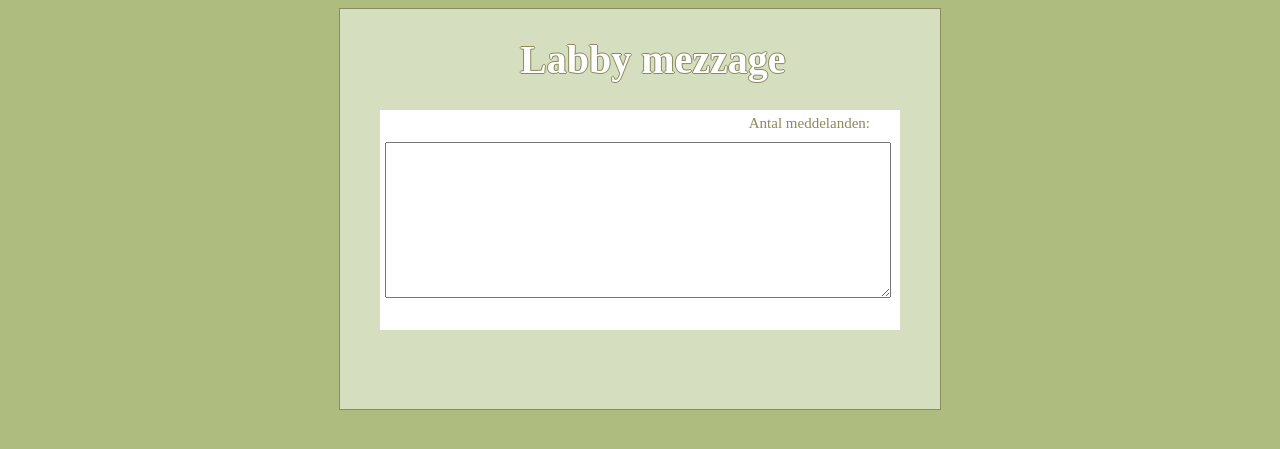
Repository: JuliaSivartsson/1dv403-jsigc09-laborationer
Page: 2-labbymezzage/index.html
The author's editor kept a record of every edit. The page is drawn from the files as they stood at one moment, then again after the next edit.
The browser window is 1280 px wide. The pictures show the whole page.

Above is the page before.
Console error: TypeError: Cannot read properties of undefined (reading 'getText')

### 2-labbymezzage/index.html
<!DOCTYPE html>
<html lang="sv">
<head>
	<meta charset="UTF-8" />
    <link rel="stylesheet" type="text/css" href="css/style.css">
 	<title>Labby message</title>
 	<style>
 		.error {
 			background-color: #F7A1A1;
 		}
 	</style>
</head>
    <body>
        <div id="content">
            <h1>Labby mezzage</h1>

            <div id="text">
                <p class="right">Antal meddelanden:</p>
                <textarea></textarea>
            </div>
            <div id="messages">


            </div>
        </div>

    	  <script src="js/MessageBoard.js"></script>
    	  <script src="js/Message.js"></script>

    </body>
</html>

### 2-labbymezzage/css/style.css
body{
    background-color: #AEBC80;
       font-family: serif;
       color: #8A8A5C;
}

h1{
   color: #fff;
   margin-left: 180px;
   font-size: 40px;
    text-shadow: -1px 0 #8A8A5C, 0 1px #8A8A5C, 1px 0 #8A8A5C, 0 -1px #8A8A5C;
}

#content{
    width: 600px;
    height: 400px;
    margin: 0 auto;
    border: 1px solid #8A8A5C;
    background-color: #D6DEC0;

}

#text{
    width: 520px;
    height: 220px;
    background-color: #fff;
    margin: 10px 20px 0 40px;
}

#text p{
    font-size: 15px;
    margin: 0 30px;
    padding-top: 5px;
}

textarea{
    margin: 10px 5px 5px;
    width: 500px;
    height: 150px;
}

footer{
    width: 500px;
    height: 30px;
    margin: 0 auto;
}

footer p{
    font-size: 12px;
    font-style: italic;
    text-align: center;
}

.right{
    float: right;
    margin-right: 10px;
}

### 2-labbymezzage/js/MessageBoard.js
"use strict";

var MessageBoard = {

    messages: ["kiwi"],

        init: function(){

        var mess = new Message("Testmeddelande", new Date());
        //alert(mess);
        //alert(mess.getText());
        mess.setText("En annan text");
        //alert(mess);

        //var mess1 = new Message();
        alert(messages[0].getText() + "hej");
    },

};


window.onload = MessageBoard.init;

### 2-labbymezzage/js/Message.js
function Message(message, date){

    this.getText = function(){
        return message;
    }

    this.setText = function(_text){
        message = _text;
    }

    this.getDate = function(){
        return date;
    }

    this.setDate = function(_date){
        date = _date;
    }

}

Message.prototype.toString = function(){
    return this.getText() + " ("+this.getDate()+")";
}

Message.prototype.getHTMLText = function(){

}

Message.prototype.getDateText = function(){

}

After the next edit:
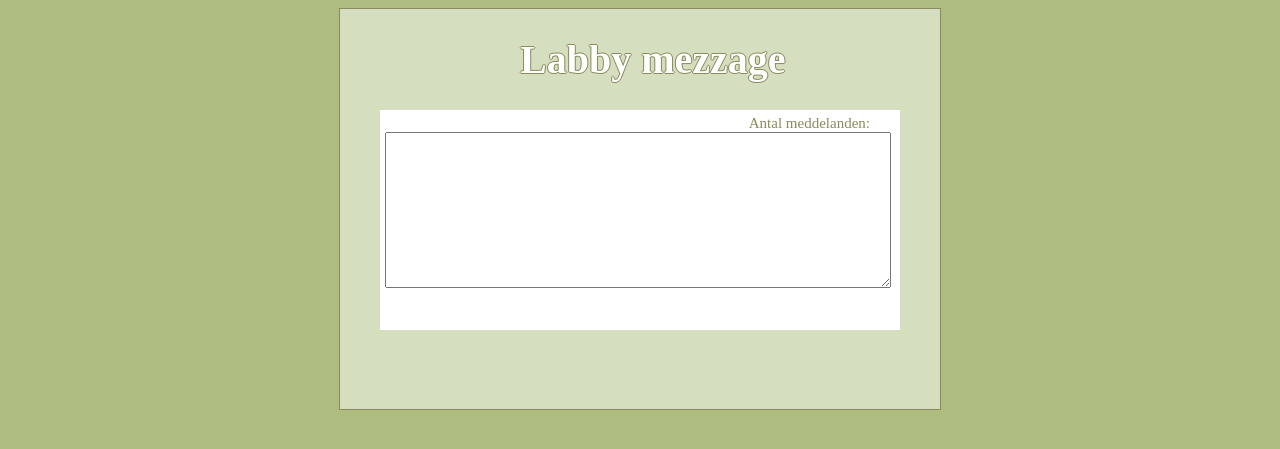
The edit:
--- a/2-labbymezzage/css/style.css
+++ b/2-labbymezzage/css/style.css
@@ -34,7 +34,7 @@
 }
 
 textarea{
-    margin: 10px 5px 5px;
+    margin: 0 5px 5px;
     width: 500px;
     height: 150px;
 }
